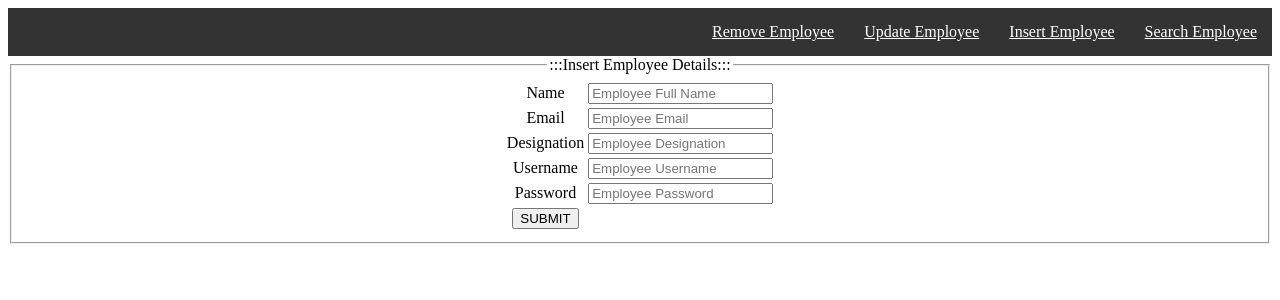
Repository: dannytayade1495/WEJM3
Page: http://localhost/mvcproject1/WEB-INF/views/insertEmployee.jsp
The author's editor kept a copy of each file at every save. The page is drawn from the files as they stood at one save, then again after the next save.
The browser window is 1280 px wide. The pictures show the whole page.
The page is served by Tomcat 9. Nobody is signed in. The template is opened directly, without the code that normally fills it, so the values that code supplies are empty.

Above is the page before, as saved 2022-06-02 15:16:47.

After the next save:
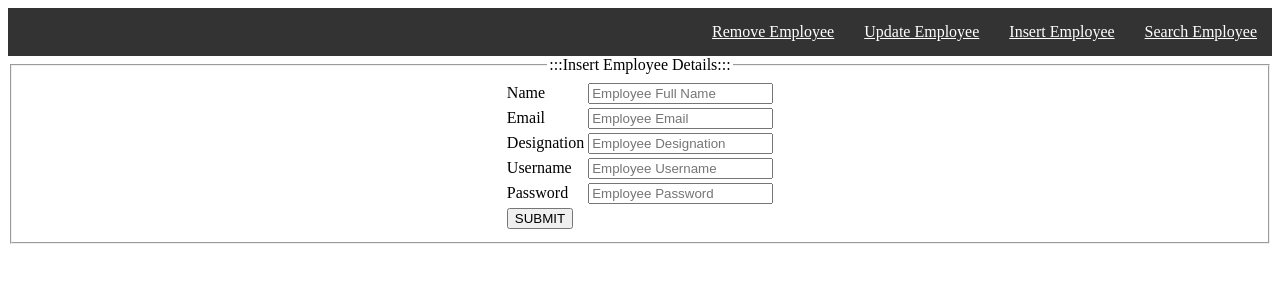
Saved 26 s later.
--- a/mvcproject1/src/main/webapp/WEB-INF/views/insertEmployee.jsp
+++ b/mvcproject1/src/main/webapp/WEB-INF/views/insertEmployee.jsp
@@ -9,6 +9,7 @@
 <style type="text/css">
 fieldset table {
 	margin: auto;
+	text-align: left;
 }
 
 fieldset {
